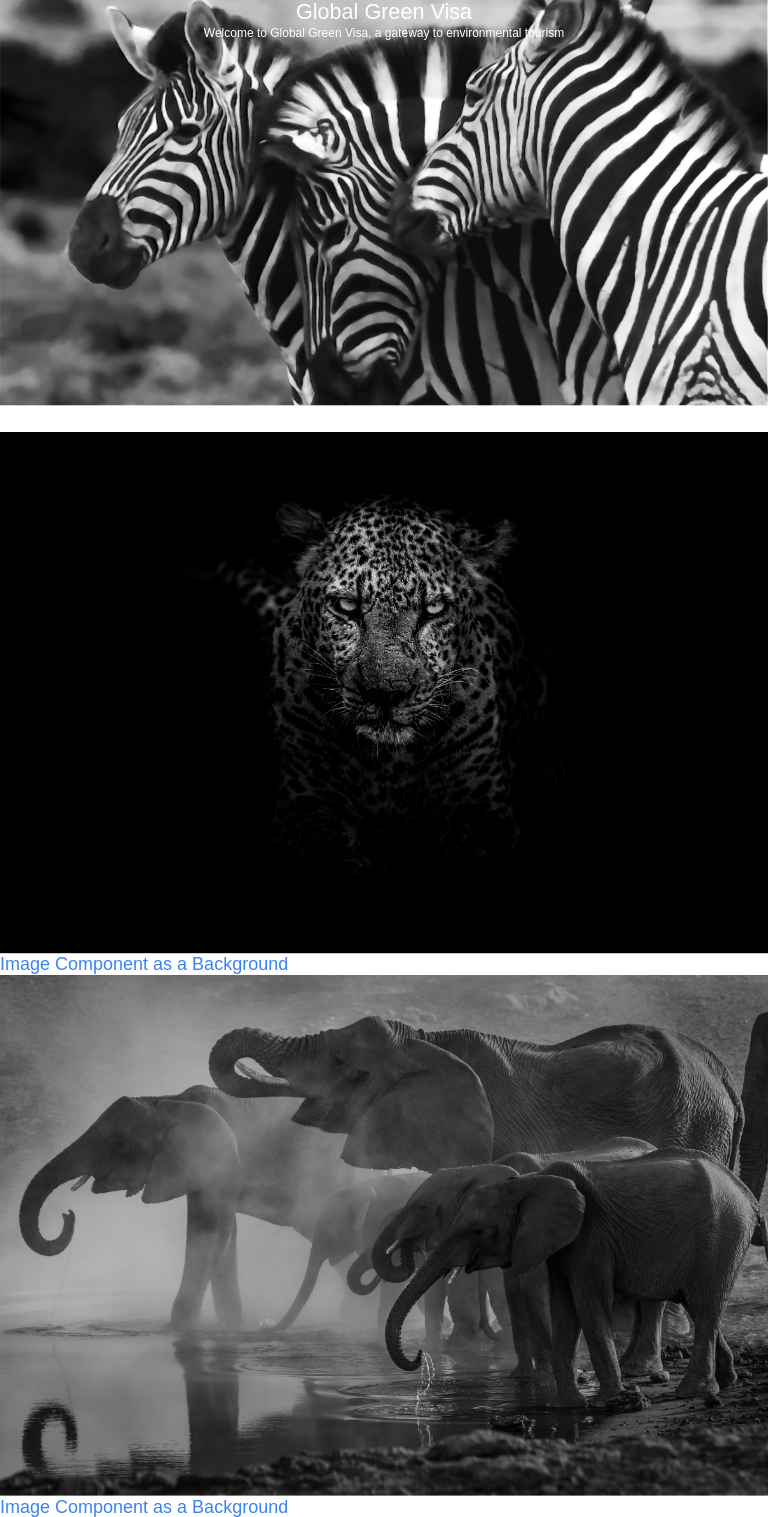
Repository: BrightonMboya/ggv-landingPage
Page: /
The author's editor kept a copy of each file at every save. The page is drawn from the files as they stood at one save, then again after the next save.
The browser window is 1280 px wide. The pictures show the whole page, at 60% of full size.
The project was rebuilt for these pictures with package versions that can differ from the ones it lists, and the page was loaded fresh each time. The framework's server and built-in components were replaced by stand-ins that run in the browser. Also part of the build but not shown: next.config.js.

Above is the page before, as saved 2022-06-13 20:11:44.

### pages/index.js
import React from "react";
import styles from "../styles/Home.module.css";
import HomePage from "./HomePage";
import AboutUs from "./AboutUs";
import Contactus from "./Contactus";

// const index = () => {
//   return (
//     <React.Fragment>
//       <div className={`${styles.global} ${styles.container}`}>
//         <section className={`${styles.section}`}>
//           <HomePage />
//         </section>
//         <section className={`${styles.section}`}>
//           <AboutUs />
//         </section>
//         <section className={`${styles.section} ${styles.three}`}>
//           <Contactus />
//         </section>
//       </div>
//     </React.Fragment>
//   );
// };

const index = () => {
  return (
    <React.Fragment>
      <div className={styles.global}>
        <div className={styles.container}>
          <section className={styles.section}>
            <HomePage />
          </section>
          <section className={styles.section}>
            <AboutUs />
          </section>
          <section className={styles.section}>
            <Contactus />
          </section>
        </div>
      </div>
    </React.Fragment>
  );
};

export default index;

### styles/Home.module.css
.global {
  margin: 0;
  padding: 0;
  box-sizing: border-box;
  font-family: sans-serif;
  /* border: 2px solid yellow; */
}
.section {
  /* height: 100vh; */
  display: flex;
  justify-content: center;
  align-items: center;
  scroll-snap-align: start;
}

.container {
  scroll-snap-type: y mandatory;
  overflow-y: scroll;
  /* height: 100vh; */
  /* border: 2px solid red; */
}

.bgWrap {
  /* position: fixed; */
  /* height: 100vh; */
  /* min-height: 80vh; */
  width: 100vw;
  overflow: hidden;
  z-index: -1;
  background-size: cover;
  -webkit-background-size: cover;
  -moz-background-size: cover;
  -moz-background-size: cover;
  background: center no-repeat;
}

.bg {
  max-width: 100%;
  position: relative;
}

/* @media and (max-width: 480px) {
} */

### pages/HomePage.js
import React from "react";
import styles from "../styles/Home.module.css";
import Image from "next/image";

const HomePage = () => {
  return (
    <div className="h-[100vh]">
      <div className={`${styles.bgWrap} ${styles.bg}`}>
        <Image
          src="/home.jpg"
          layout="responsive"
          width={900}
          height={475}
          objectFit="cover"
          quality={100}
        />
      </div>

      <div className="flex flex-col items-center justify-center absolute top-0 left-0 right-0 ml-auto mr-auto">
        <h2 className="text-white text-4xl">Global Green Visa</h2>
        <p className="text-white text-xl text-center">
          Welcome to Global Green Visa, a gateway to environmental tourism
        </p>
      </div>
    </div>
  );
};

export default HomePage;

### pages/AboutUs.js
import Image from "next/image";
import styles from "../styles/Home.module.css";
// import home from "./assets/home.jpg";

const AboutUs = () => {
  return (
    <div>
      <div className={styles.bgWrap}>
        <Image
          src="/about.jpg"
          layout="responsive"
          // objectFit="cover"
          quality={100}
          width={700}
          height={475}
        />
      </div>
      <p className="text-blue-500 text-3xl">Image Component as a Background</p>
    </div>
  );
};

export default AboutUs;

### pages/Contactus.js
import React from "react";
import Image from "next/image";
import styles from "../styles/Home.module.css";

const Contactus = () => {
  return (
    <div>
      <div className={styles.bgWrap}>
        <Image
          src="/contact.jpg"
          layout="responsive"
          objectFit="cover"
          quality={100}
          width={700}
          height={475}
        />
      </div>
      <p className="text-blue-500 text-3xl">Image Component as a Background</p>
    </div>
  );
};

export default Contactus;

### tailwind.config.js
module.exports = {
  content: [
    "./pages/**/*.{js,ts,jsx,tsx}",
    "./components/**/*.{js,ts,jsx,tsx}"
  ],
  theme: {
    extend: {
      colors: {
        black: "#000107",
        slate: "#E3F1EF"
      }
    }
  },
  plugins: []
};

Loaded but not shown: pages/_app.js (common file); styles/globals.css (common file)

After the next save:
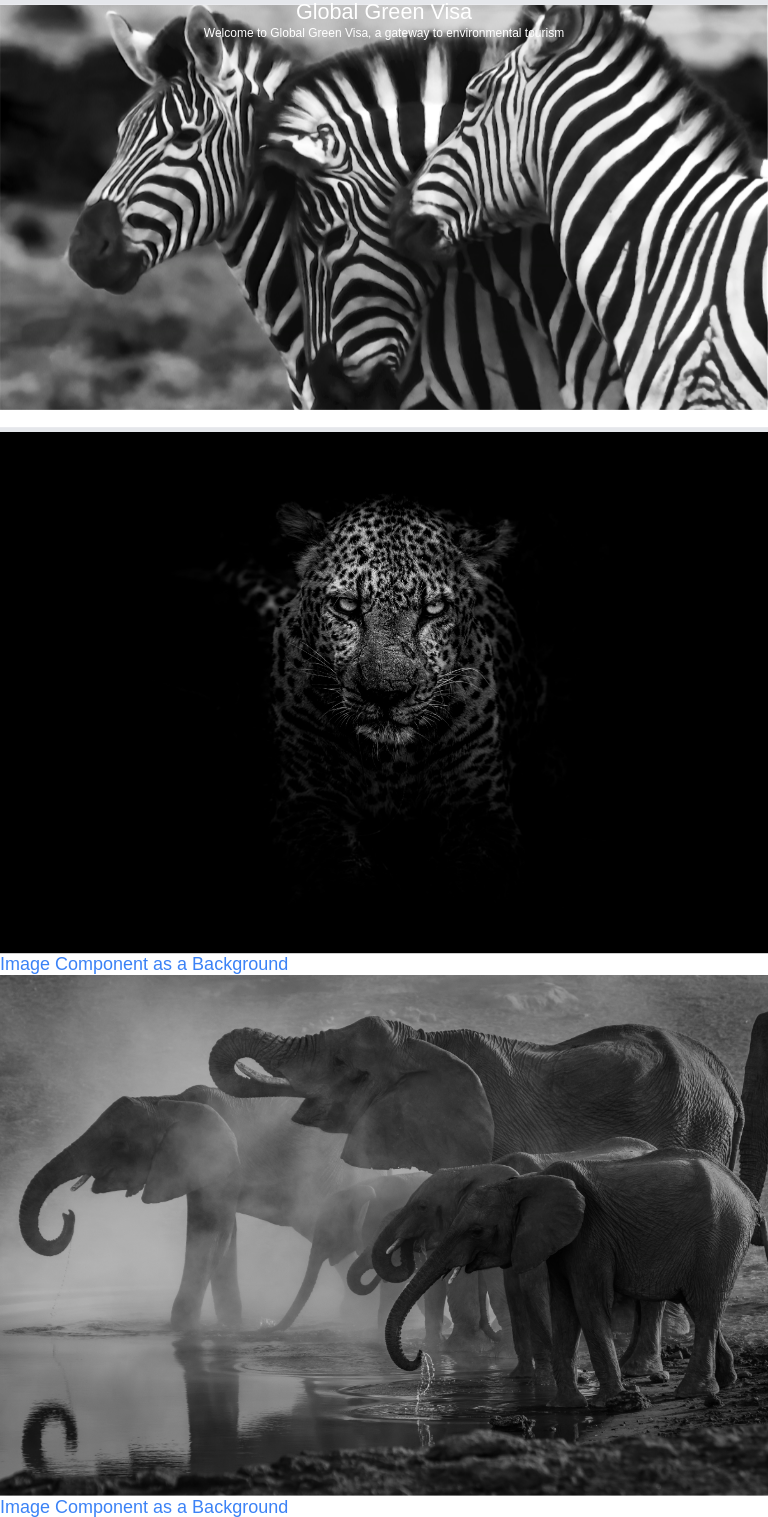
Saved 48 s later.
--- a/pages/HomePage.js
+++ b/pages/HomePage.js
@@ -4,7 +4,7 @@ import Image from "next/image";
 
 const HomePage = () => {
   return (
-    <div className="h-[100vh]">
+    <div className="h-[100vh] border-8">
       <div className={`${styles.bgWrap} ${styles.bg}`}>
         <Image
           src="/home.jpg"
